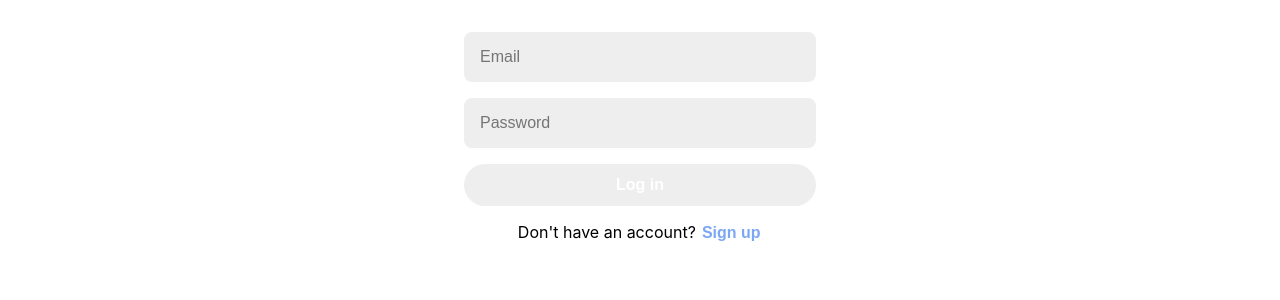
Repository: J-Lany/daniella-edu
Page: / (app in react-frontend/)
These files come from the project's save history. The page is drawn as it stood at one moment and after the next save; the edit follows.
The browser window is 1280 px wide. The pictures show the whole page.
Some web fonts or font styles are not loaded; a fallback is used. The project was rebuilt for these pictures with package versions that can differ from the ones it lists, and the page was loaded fresh each time. Also part of the build but not shown: react-frontend/src/components/Toast/Toast.tsx, react-frontend/src/pages/Registration/Registration-page.tsx, react-frontend/src/pages/Chat/Chat-page.tsx, react-frontend/src/pages/error/Error-page.tsx.

Above is the page before, as saved 2024-08-08 10:21:52.

### react-frontend/src/index.tsx
import React from "react";
import ReactDOM from "react-dom/client";
import { createBrowserRouter, RouterProvider } from "react-router-dom";
import { Provider } from "react-redux";
import store from "./redux/store";
import "./index.css";
import reportWebVitals from "./reportWebVitals";
import LoginPage from "./pages/Login/Login-page";
import RegistrationPage from "./pages/Registration/Registration-page";
import App from "./App";
import ErrorPage from "./pages/Error/Error-page";

const router = createBrowserRouter([
  {
    path: "/login",
    element: <LoginPage />,
    errorElement: <ErrorPage />
  },
  {
    path: "/registration",
    element: <RegistrationPage />,
    errorElement: <ErrorPage />
  },
  {
    path: "/",
    element: <App />,
    errorElement: <ErrorPage />
  }
]);

const root = ReactDOM.createRoot(document.getElementById("root") as HTMLElement);
root.render(
  <React.StrictMode>
    <Provider store={store}>
      <RouterProvider router={router} />
    </Provider>
  </React.StrictMode>
);

// If you want to start measuring performance in your app, pass a function
// to log results (for example: reportWebVitals(console.log))
// or send to an analytics endpoint. Learn more: https://bit.ly/CRA-vitals
reportWebVitals();

### react-frontend/src/redux/store.ts
import { configureStore } from "@reduxjs/toolkit";
import { authReducer } from "./slices/authSlice";

export {};

const store = configureStore({
  reducer: {
    auth: authReducer
  }
});

export type RootState = ReturnType<typeof store.getState>;

export default store;

### react-frontend/src/index.css
body {
  margin: 0;
  font-family: -apple-system, BlinkMacSystemFont, 'Segoe UI', 'Roboto', 'Oxygen',
    'Ubuntu', 'Cantarell', 'Fira Sans', 'Droid Sans', 'Helvetica Neue',
    sans-serif;
  -webkit-font-smoothing: antialiased;
  -moz-osx-font-smoothing: grayscale;
}

code {
  font-family: source-code-pro, Menlo, Monaco, Consolas, 'Courier New',
    monospace;
}

:root {
  --light-gray-color: #d3d3d3;
  --light-gray-background: #EEEEEE;
  --mid-light-gray-background: #e0e0e0;
  --gray-text-color: #707070;
  --black-text-color: #141313;
  --red-error-background: #f8eded;
  --green-color:#4ac26b66;
  --red-error: #ff818266;
  --white-background: #ffffff;
  --blue-background: #2b6ee1;
  --light-blue-background: #7ba7f4;
  --white-blue-background: #dbe5f5;
  --light-green-background:#dafbe1;
  --orange-color: #F0971D;
}

### react-frontend/src/pages/login/Login-page.tsx
import { useNavigate } from "react-router-dom";
import { useSelector, useDispatch } from "react-redux";
import { useCallback } from "react";
import { clearError } from "../../redux/slices/authSlice";
import { loginAsync } from "../../redux/thunks/authThunks";
import { AuthData } from "../../types/AuthData";
import { useForm, SubmitHandler } from "react-hook-form";
import styles from "./styles.module.css";
import Button, { ButtonStyle } from "../../components/Button/Button";
import Input from "../../components/Input/Input";
import Toast from "../../components/Toast/Toast";
import { ToastType } from "../../components/Toast/Toast";
import { useEffect } from "react";

function LoginPage() {
  const { register, handleSubmit } = useForm<AuthData>({ mode: "onChange" });
  const navigate = useNavigate();

  const error = useSelector((state: any) => state.auth.error);
  const isAuthenticated = useSelector((state: any) => state.auth.isAuthenticated);
  const dispatch = useDispatch();

  useEffect(() => {
    if (isAuthenticated) {
      navigate("/");
    }
  }, [isAuthenticated, navigate]);

  const onSubmit: SubmitHandler<AuthData> = async (data: AuthData) => {
    await dispatch(loginAsync(data) as any);
  };

  const handleSignup = useCallback(() => {
    navigate("/registration");
  }, [navigate]);

  const closeErrorToast = useCallback(() => {
    dispatch(clearError());
  }, [dispatch]);

  return (
    <div className={styles.loginPage}>
      <form className={styles.loginForm} onSubmit={handleSubmit(onSubmit)}>
        <Input label="Email" name="email" type="email" register={register} />
        <Input label="Password" name="password" type="password" register={register} />
        <Button text="Log in" type="submit" style={ButtonStyle.Primary} />
        <div>
          Don't have an account?{" "}
          <Button text="Sign up" type="button" className={ButtonStyle.Light} onClick={handleSignup} />
        </div>
        {error && <Toast message={error} type={ToastType.Error} handleClose={closeErrorToast} />}
      </form>
    </div>
  );
}

export default LoginPage;

### react-frontend/src/App.tsx
import { useSelector } from "react-redux";
import { RootState } from "./types/RootState";
import { Navigate } from "react-router-dom";
import ChatPage from "./pages/Chat/Chat-page";

const App = () => {
  const isAuthenticated = useSelector((state: RootState) => state.auth.isAuthenticated);
  return isAuthenticated ? <ChatPage /> : <Navigate to="/login" replace={true} />;
};

export default App;

### react-frontend/src/redux/slices/authSlice.ts
import { createSlice } from "@reduxjs/toolkit";
import { loginAsync, logoutAsync } from "../thunks/authThunks";

const authSlice = createSlice({
  name: "auth",
  initialState: {
    isAuthenticated: false,
    user: null,
    error: ""
  },
  reducers: {
    setError: (state, action) => {
      state.error = action.payload;
    },
    clearError: (state) => {
      state.error = "";
    }
  },
  extraReducers: (builder) => {
    builder
      .addCase(loginAsync.fulfilled, (state, action) => {
        state.isAuthenticated = true;
        state.user = action.payload;
        state.error = "";
      })
      .addCase(loginAsync.rejected, (state) => {
        state.isAuthenticated = false;
        state.user = null;
        state.error = "Неверный логин или пароль";
      })
      .addCase(logoutAsync.fulfilled, (state) => {
        state.isAuthenticated = false;
        state.user = null;
      });
  }
});

export const { reducer: authReducer, actions: { setError, clearError } } = authSlice;
export default authSlice;

### react-frontend/src/redux/thunks/authThunks.ts
import { createAsyncThunk } from "@reduxjs/toolkit";
import { authApi } from "../../api/auth-api";
import { AuthData } from "../../types/AuthData";

export const loginAsync = createAsyncThunk("auth/login", async (authData: AuthData) => {
  try {
    const response = await authApi.login(authData);
    return response.data;
  } catch (error) {
    throw error;
  }
});

export const logoutAsync = createAsyncThunk("auth/logout", async () => {
  try {
    const response = await authApi.logout();
    return response.data;
  } catch (error) {
    throw error;
  }
});

### react-frontend/src/pages/login/styles.module.css
.loginPage {
    max-width: 30rem;
    margin: 0 auto;
    padding: 2rem;
    text-align: center;
    justify-content: center;
  }

  .loginForm {
    display: flex;
    flex-flow: column;
    justify-content: center;
    align-items: center;
    gap: 1rem;
  }

### react-frontend/src/components/Button/Button.tsx
import React from "react";
import styles from "./styles.module.css";

export enum ButtonStyle {
  Primary = "primary",
  Default = "default",
  Light = "light"
}

interface ButtonProps {
  text?: string;
  className?: ButtonStyle;
  type?: "submit" | "button" | "reset" | undefined;
  onClick?: () => void;
}

const Button: React.FC<ButtonProps> = ({ text, className, type, onClick }) => {
  const buttonClass = className ? `${styles[className]} ${styles.button}` : `${styles["default"]} ${styles.button}`;

  const handleClick = () => {
    if (onClick) {
      onClick();
    }
  };

  return (
    <button type={type} className={buttonClass} onClick={handleClick}>
      {text}
    </button>
  );
};

export default Button;

### react-frontend/src/components/Input/Input.tsx
import React from "react";
import styles from "./styles.module.css";

interface InputProps {
  label: string;
  name: string;
  register: any;
  type?: string;
}

const Input: React.FC<InputProps> = ({ label, name, register, type }) => (
  <input placeholder={label} className={styles.input} type={type} {...register(name, { required: "This field is required" })} />
);

export default Input;

### react-frontend/src/api/auth-api.ts
import axios from "axios";
import { AuthData } from "../types/AuthData";
import packageJson from "../../package.json";

type AuthApi = {
  login: (authData: AuthData) => Promise<any>;
  logout: () => Promise<any>;
};

export const authApi: AuthApi = {
  login: async (authData) => {
    return await axios.post( `${packageJson.baseUrl}/login`, authData);
  },
  logout: async () => {
    return await axios.post("http://example.com/logout");
  }
};

### react-frontend/src/components/Button/styles.module.css
@import url("../../common.css");
.button {
  padding: 0.75rem;
  min-width: 22rem;
  font-size: 1rem;
  border: none;
  border-radius: 2rem;
  font-weight: bold;
  cursor: pointer;
}

.primary {
  background-color: var(--light-blue-background);
  color: var(--white-background);
  transition: background-color 0.2s ease-in-out;
}

.default {
  background-color: var(--light-gray-background);
  color: var(--white-background);
}

.light {
  color: var(--light-blue-background);
  background-color: var(--white-background);
  padding: 0.1rem;
  min-width: 0;
}

.primary:hover {
  background-color: var(--blue-background);
  cursor: pointer;
}

### react-frontend/src/components/Input/styles.module.css
@import url("../../common.css");

.input {
  font-size: 1rem;
  padding: 1rem;
  min-width: 20rem;
  border: none;
  background: var(--light-gray-background);
  box-shadow: inbox 0 0 0.5rem rgba(0, 0, 0, 0.2);
  border-radius: 0.5rem;
}

### react-frontend/src/components/Toast/styles.module.css
@import url("../../common.css");

@keyframes fadeIn {
  0% {
    opacity: 0;
  }
  100% {
    opacity: 1;
  }
}

@keyframes fadeOut {
  0% {
    opacity: 1;
  }
  100% {
    opacity: 0;
  }
}

.toast {
  display: flex;
  justify-content: space-between;
  min-width: 20rem;
  border: 1px solid;
  padding: 1rem;
  border-radius: 0.5rem;
  max-width: 20rem;
  opacity: 0;
  animation: fadeIn 0.5s ease forwards;
}

.toast.success {
  border: 1px solid var(--green-color);
  background-color: var(--light-green-background);
  box-shadow: inset 0 0 1px var(--light-green-background);
}

.toast.error {
  background-color: var(--red-error-background);
  border: 1px solid var(--red-error);
  box-shadow: inset 0 0 1px var(--red-error-background);
}

.toastText {
  font-size: 0.9rem;
}

.toastButton {
  background: transparent;
  border: none;
  font-size: 1.6rem;
  line-height: 0;
  cursor: pointer;
  text-align: right;
}

.success .toastButton {
  color: var(--green-color);
}

.error .toastButton {
  color: var(--red-error);
}

### react-frontend/package.json
{
  "name": "react-frontend",
  "version": "0.1.0",
  "private": true,
  "baseUrl": "http://localhost:8000",
  "dependencies": {
    "@reduxjs/toolkit": "^2.2.7",
    "@testing-library/jest-dom": "^5.17.0",
    "@testing-library/react": "^13.4.0",
    "@testing-library/user-event": "^13.5.0",
    "@types/jest": "^27.5.2",
    "@types/node": "^16.18.104",
    "@types/react": "^18.3.3",
    "@types/react-dom": "^18.3.0",
    "axios": "^1.7.3",
    "react": "^18.3.1",
    "react-dom": "^18.3.1",
    "react-hook-form": "^7.52.2",
    "react-redux": "^9.1.2",
    "react-router-dom": "^6.26.0",
    "react-scripts": "5.0.1",
    "redux": "^5.0.1",
    "typescript": "^4.9.5",
    "web-vitals": "^2.1.4"
  },
  "scripts": {
    "start": "react-scripts start",
    "build": "react-scripts build",
    "test": "react-scripts test",
    "eject": "react-scripts eject"
  },
  "eslintConfig": {
    "extends": [
      "react-app",
      "react-app/jest"
    ]
  },
  "browserslist": {
    "production": [
      ">0.2%",
      "not dead",
      "not op_mini all"
    ],
    "development": [
      "last 1 chrome version",
      "last 1 firefox version",
      "last 1 safari version"
    ]
  }
}

### react-frontend/src/common.css
@import url('https://fonts.googleapis.com/css2?family=Inika:wght@400;700&display=swap');
@import url('https://fonts.googleapis.com/css2?family=Inter:wght@400;500;600;700&display=swap');

:root {
    --light-gray-color: #d3d3d3;
    --light-gray-background: #EEEEEE;
    --mid-light-gray-background: #e0e0e0;
    --gray-text-color: #707070;
    --black-text-color: #141313;
    --red-error-background: #f8eded;
    --green-color:#4ac26b66;
    --red-error: #ff818266;
    --white-background: #ffffff;
    --blue-background: #2b6ee1;
    --light-blue-background: #7ba7f4;
    --white-blue-background: #dbe5f5;
    --light-green-background:#dafbe1;
    --orange-color: #F0971D;
}

Loaded but not shown: react-frontend/public/index.html (common file); react-frontend/src/reportWebVitals.ts (common file)

After the next save:
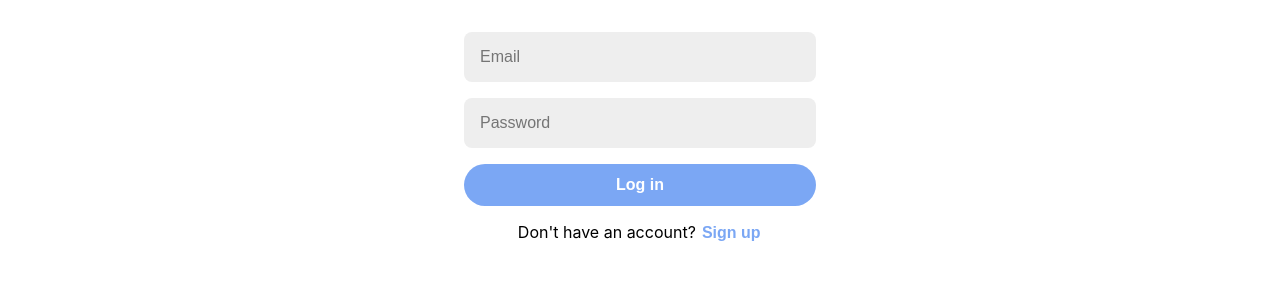
Saved 9 s later.
--- a/react-frontend/src/pages/login/Login-page.tsx
+++ b/react-frontend/src/pages/login/Login-page.tsx
@@ -43,7 +43,7 @@ function LoginPage() {
       <form className={styles.loginForm} onSubmit={handleSubmit(onSubmit)}>
         <Input label="Email" name="email" type="email" register={register} />
         <Input label="Password" name="password" type="password" register={register} />
-        <Button text="Log in" type="submit" style={ButtonStyle.Primary} />
+        <Button text="Log in" type="submit" className={ButtonStyle.Primary} />
         <div>
           Don't have an account?{" "}
           <Button text="Sign up" type="button" className={ButtonStyle.Light} onClick={handleSignup} />
